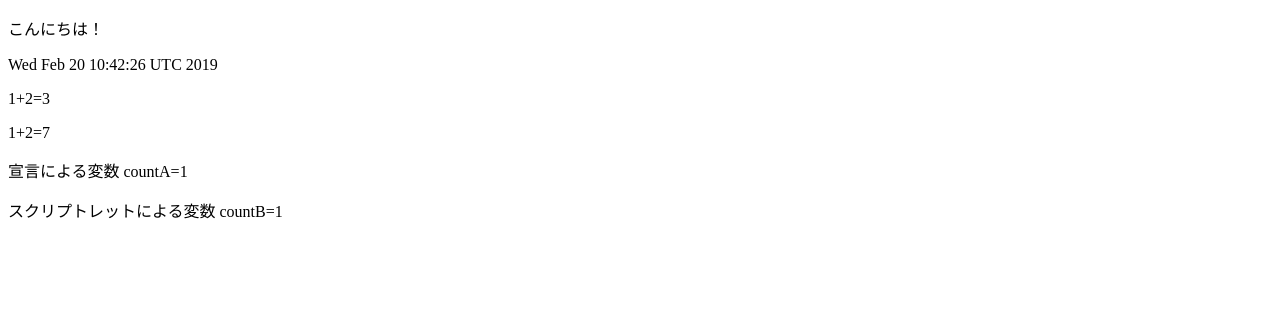
Repository: fujimon-san1996/test
Page: http://localhost/HelloJSP/
The author's editor kept a copy of each file at every save. The page is drawn from the files as they stood at one save, then again after the next save.
The browser window is 1280 px wide. The pictures show the whole page.
The page is served by Tomcat 9.

Above is the page before, as saved 2019-02-20 11:13:18.

After the next save:
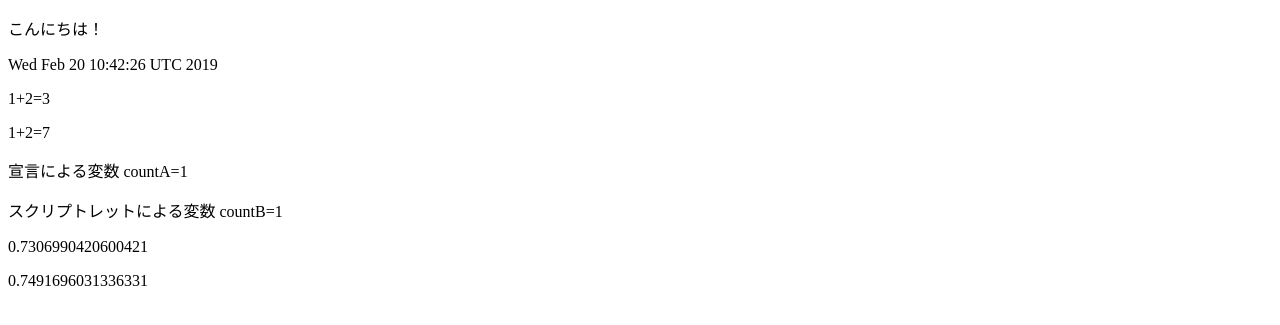
Saved 2 min 32 s later.
--- a/HelloJSP/WebContent/index.jsp
+++ b/HelloJSP/WebContent/index.jsp
@@ -27,5 +27,7 @@
 <p>宣言による変数 countA=<%=countA %></p>
 <p>スクリプトレットによる変数 countB=<%=countB %></p>
 
+<p><% out.println(Math.random()); %></p>
+<p><%=Math. random() %>
 </body>
 </html>
